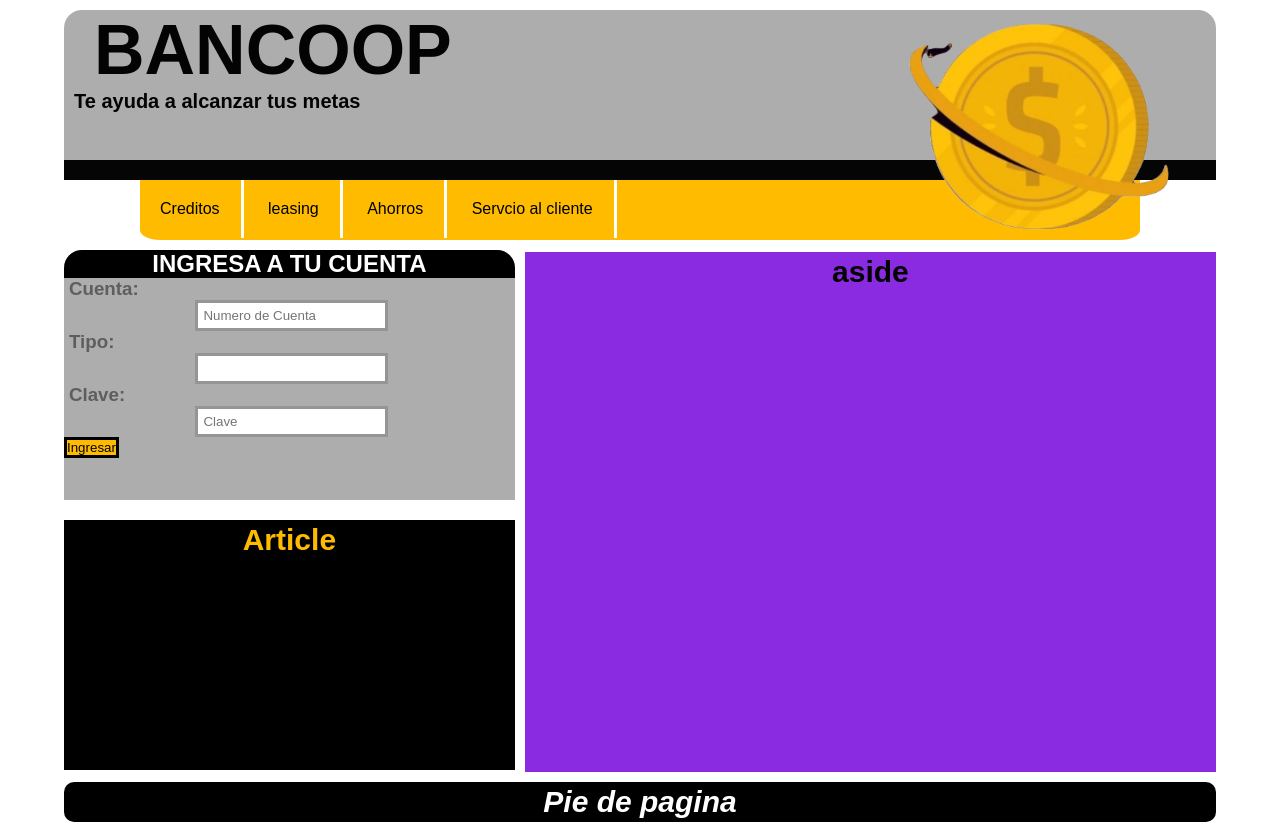
Repository: NickArregoces/BANCOOP
Page: Index.html
An editor plug-in stored every save of this project. The page is shown before and after the next save, followed by the edit.
The browser window is 1280 px wide. The pictures show the whole page.

Above is the page before, as saved 2021-09-29 20:21:29.

After the next save:
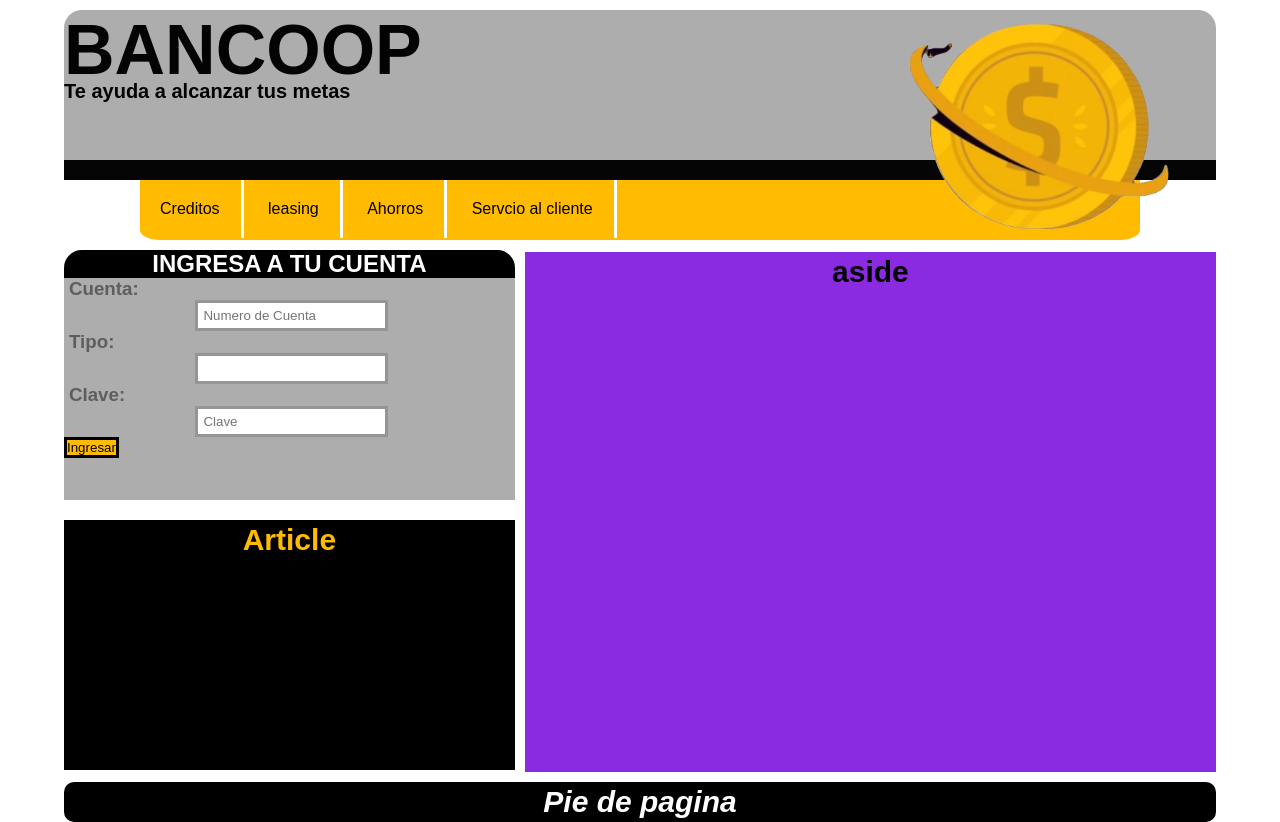
Saved 10 s later.
--- a/CSS/Style.css
+++ b/CSS/Style.css
@@ -31,13 +31,11 @@ header{
         font-size: 70px;
         text-align: left;
         line-height: 60px;
-        margin-left: 30px;
         display: block;
     }
     header h3{
         font-size: 20px;
         text-align: left;
-        padding: 10px;
     }
     header link{
         float: left;
